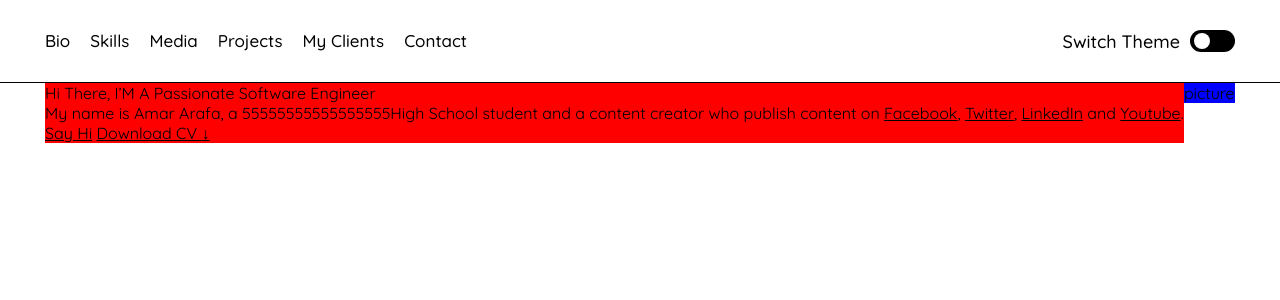
Repository: benarafa1/personal-website
Page: index.html
These files come from the project's save history. The page is drawn as it stood at one moment and after the next save; the edit follows.
The browser window is 1280 px wide. The pictures show the whole page.

Above is the page before, as saved 2025-04-12 06:53:16.

After the next save:
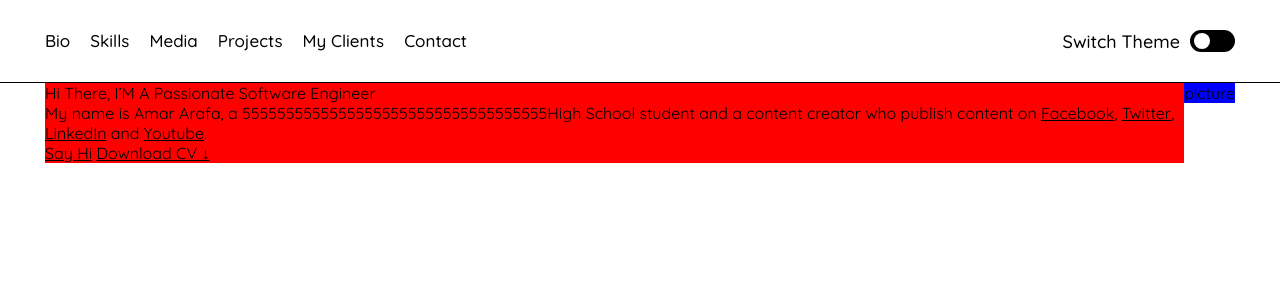
Saved 49 s later.
--- a/index.html
+++ b/index.html
@@ -45,8 +45,9 @@
           </h1>
           <p class="bio__objevtive">
             My name is <span class="bio__name">Amar Arafa</span>, a
-            55555555555555555High School student and a content creator who
-            publish content on <a href="#" class="bio__Facebook">Facebook</a>,
+            55555555555555555555555555555555555High School student and a content
+            creator who publish content on
+            <a href="#" class="bio__Facebook">Facebook</a>,
             <a href="#" class="bio__Twitter">Twitter</a>,
             <a href="#" class="bio__LinkedIn">LinkedIn</a> and
             <a href="#" class="bio__Youtube">Youtube</a>.
